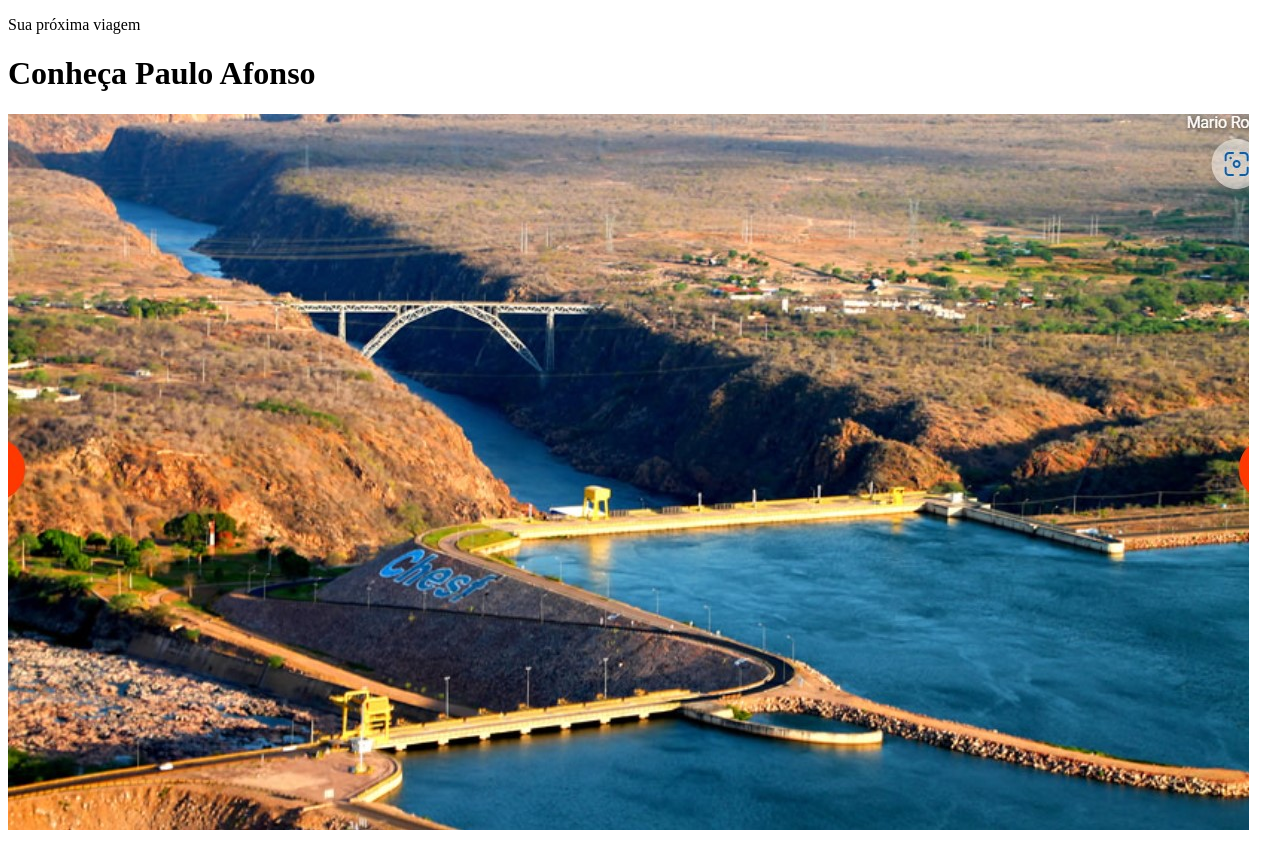
Repository: JeffRodFer/testeGitXGithub
Page: index.html
These files come from the project's save history. The page is drawn as it stood at one moment and after the next save; the edit follows.
The browser window is 1280 px wide. The pictures show the whole page.

Above is the page before, as saved 2025-03-15 17:59:03.

### index.html
<!DOCTYPE html>
<html lang="pt-br">
<head>
    <meta charset="UTF-8">
    <meta name="viewport" content="width=device-width, initial-scale=1.0">
    <title>Local Turístico</title>
</head>
<body>
    <div>
        <p>Sua próxima viagem</p>
        <h1>Conheça Paulo Afonso</h1>
        <section>
            <img src="assets/main.jpg" alt="visao geral da hidroeletrica">
        </section>
    </div>
</body>
</html>

After the next save:
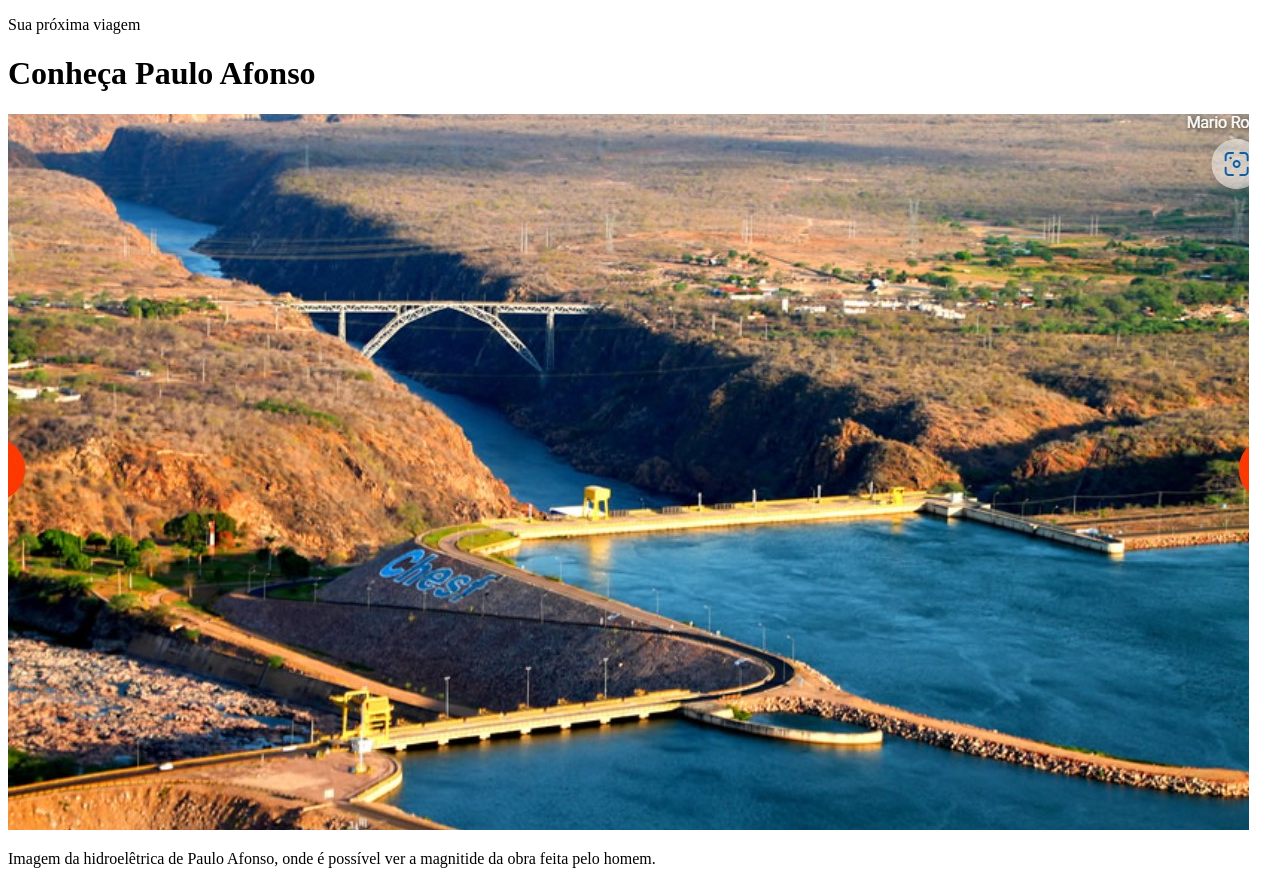
Saved 8 min 4 s later.
--- a/index.html
+++ b/index.html
@@ -10,7 +10,8 @@
         <p>Sua próxima viagem</p>
         <h1>Conheça Paulo Afonso</h1>
         <section>
-            <img src="assets/main.jpg" alt="visao geral da hidroeletrica">
+            <img src="assets/main.jpg" alt="visão geral da hidroelêtrica">
+            <p>Imagem da hidroelêtrica de Paulo Afonso, onde é possível ver a magnitide da obra feita pelo homem. </p>
         </section>
     </div>
 </body>
